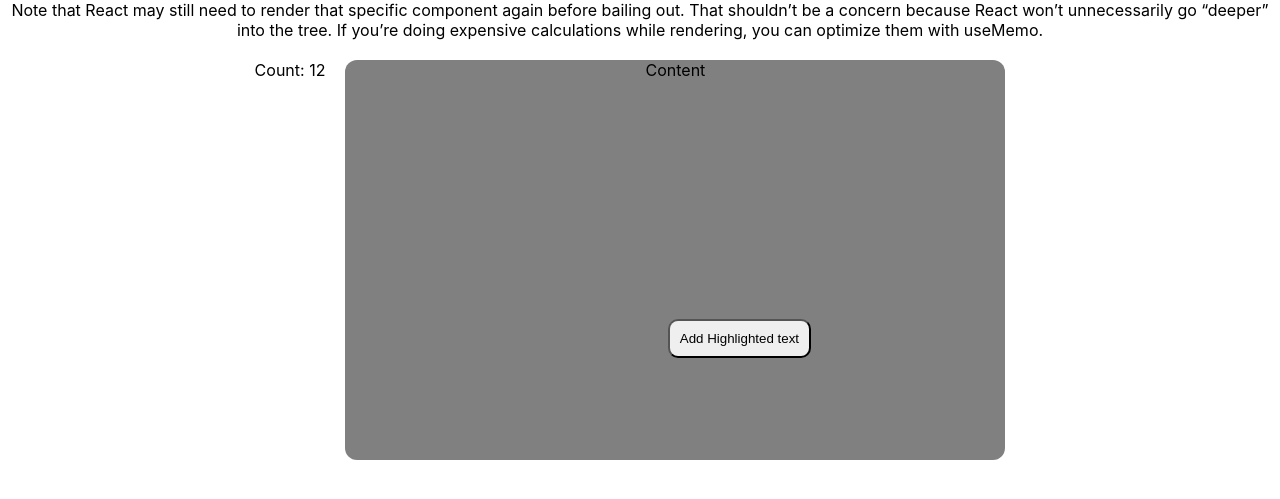
Repository: Farbod29/React-text-highlighter-with-hook-
Page: /
An editor plug-in stored every save of this project. The page is shown before and after a run of saves, followed by the edit.
The browser window is 1280 px wide. The pictures show the whole page.
The project was rebuilt for these pictures with package versions that can differ from the ones it lists, and the page was loaded fresh each time.

Above is the page before, as saved 2022-02-18 21:36:56.

### src/App.js
import './App.css';
import Highlighter from './highlighter';
function App() {
  return (
    <div className="App">
      <Highlighter />
    </div>
  );
}

export default App;

### src/highlighter.js
import React, { useEffect, useState } from 'react';

export default function Highlighter() {
  let doit = () => {
    document.onmouseup = () => {
      console.log(window.getSelection().toString());
    };
  };
  const [count, setCount] = useState(12);
  return (
    <>
      <div>
        {' '}
        Note that React may still need to render that specific component again
        before bailing out. That shouldn’t be a concern because React won’t
        unnecessarily go “deeper” into the tree. If you’re doing expensive
        calculations while rendering, you can optimize them with useMemo.
      </div>
      Count: {count}
      {/* <button onClick={() => setCount((prevCount) => prevCount - 1)}>-</button> */}
      <div
        style={{
          padding: '0px 10px',
          height: '400px',
          width: '50vw',
          margin: '20px',
          borderRadius: '12px',
          backgroundColor: 'gray',
          inline: true,
          fontColor: 'red',
          display: 'inline-block',
          textAlign: 'center',
          position: 'relative',
        }}
      >
        Content
        <div
          style={{
            position: 'absolute',
            bottom: '8vw',
            left: '24vw',
            right: '14vw',
          }}
        >
          <button
            style={{ padding: '10px', borderRadius: '10px' }}
            onClick={() => setCount(12)}
          >
            {' '}
            Add Highlighted text{' '}
          </button>
        </div>
      </div>
      {doit()}
    </>
  );
}

Loaded but not shown: public/index.html (common file); src/index.js (common file); src/index.css (common file); src/reportWebVitals.js (common file); src/App.css (common file)

After the next 2 saves:
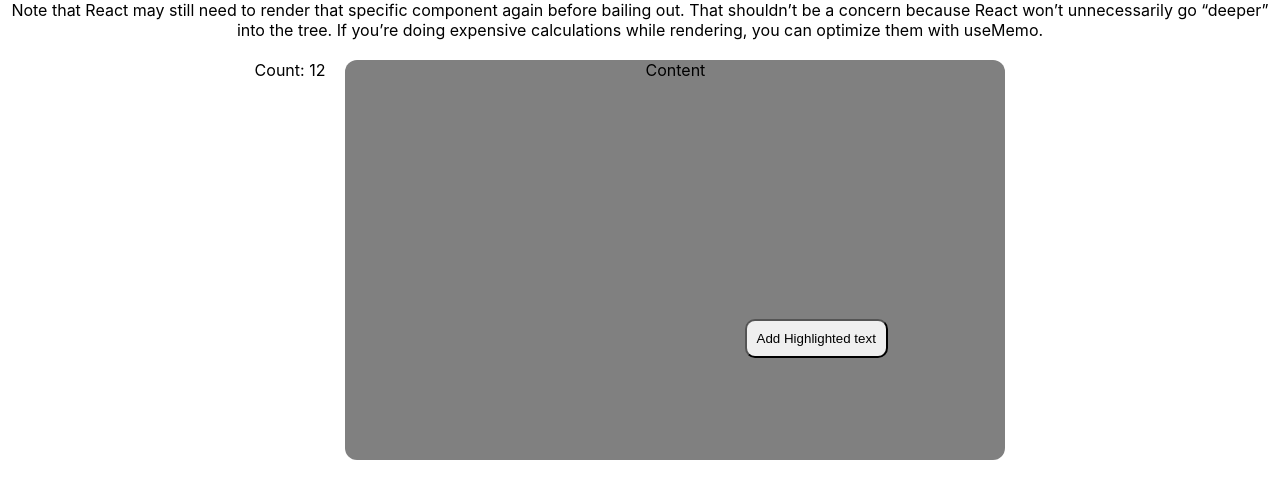
The 2 saves are shown as one change because they came seconds apart.
The last was saved 6 s later.
--- a/src/highlighter.js
+++ b/src/highlighter.js
@@ -39,7 +39,7 @@ export default function Highlighter() {
             position: 'absolute',
             bottom: '8vw',
             left: '24vw',
-            right: '14vw',
+            right: '2vw',
           }}
         >
           <button
